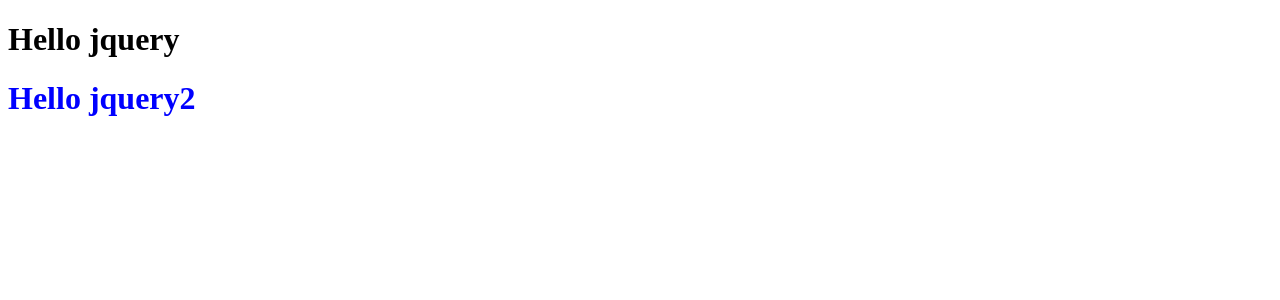
Repository: cdj6995/Web
Page: Lecture-Web/src/main/webapp/jquery/exam02.html
These files come from the project's save history. The page is drawn as it stood at one moment and after the next save; the edit follows.
The browser window is 1280 px wide. The pictures show the whole page.

Above is the page before, as saved 2022-05-30 06:19:20.

### Lecture-Web/src/main/webapp/jquery/exam02.html
<!DOCTYPE html>
<html>
<head>
	<meta charset="UTF-8">
	<title>Insert title here</title>
	<style>
		h1{
			display : none;
		}
	</style>
	<script src="https://code.jquery.com/jquery-3.6.0.js"></script>
	<script>
		$(document).ready(function(){
			$('h1').eq(0).slideDown(2000);	// 반대말 hide, fadeIn, fadeOut, slideDown, slideUp
			$('h1').eq(1).fadeIn(2000);
			$('h1').eq(1).css('color', 'blue');
		})
	</script>
</head>
<body>
	<h1>Hello jquery</h1>
	<h1>Hello jquery2</h1>
</body>
</html>

After the next save:
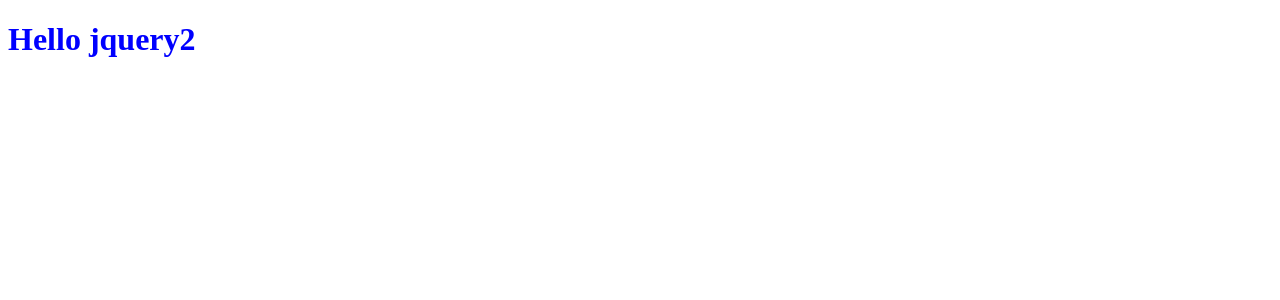
Saved 95 s later.
--- a/Lecture-Web/src/main/webapp/jquery/exam02.html
+++ b/Lecture-Web/src/main/webapp/jquery/exam02.html
@@ -11,7 +11,7 @@
 	<script src="https://code.jquery.com/jquery-3.6.0.js"></script>
 	<script>
 		$(document).ready(function(){
-			$('h1').eq(0).slideDown(2000);	// 반대말 hide, fadeIn, fadeOut, slideDown, slideUp
+			$('h1').eq(0).slideDown(2000).slideUp(2000);	// 반대말 hide, fadeIn, fadeOut, slideDown, slideUp
 			$('h1').eq(1).fadeIn(2000);
 			$('h1').eq(1).css('color', 'blue');
 		})
